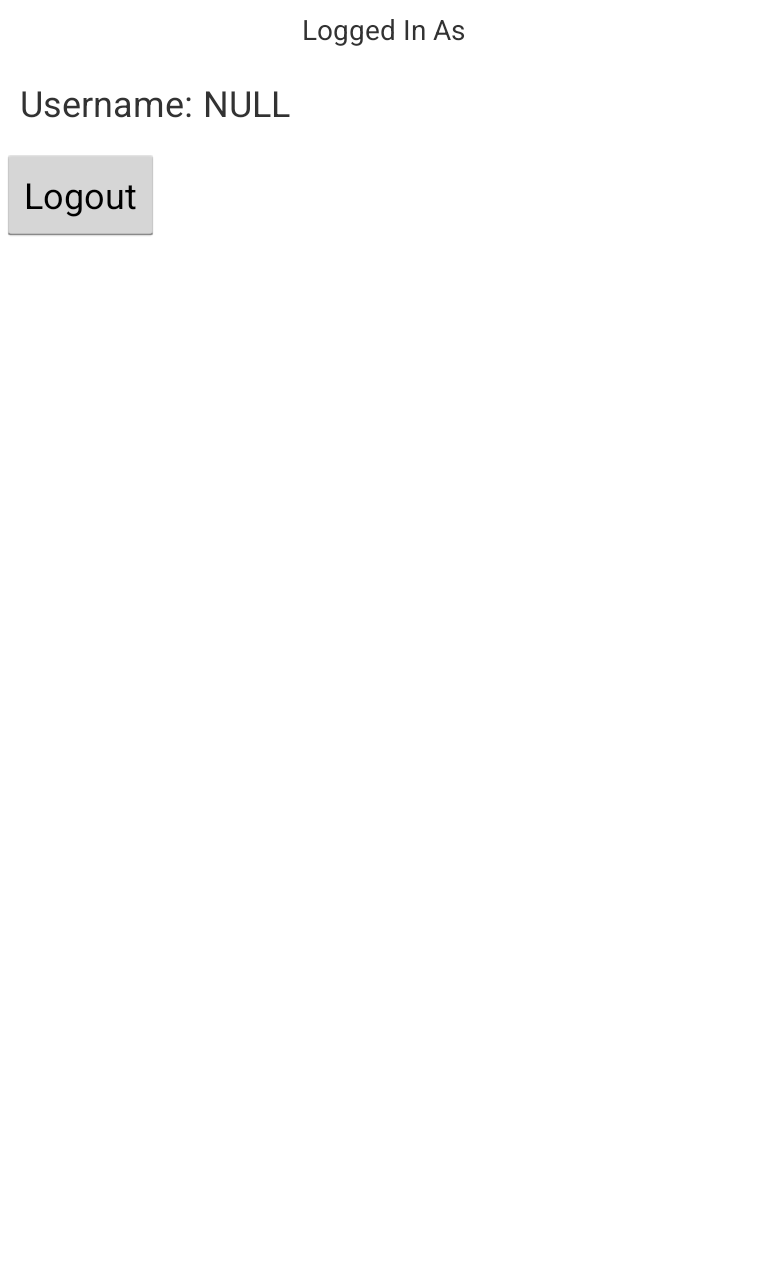
Repository: LennoxAlexion/UID
Layout: Android App/Uid-Project/res/layout/activity_sec_page.xml
An editor plug-in stored every save of this project. The layout is shown before and after the next save, followed by the edit.
It is drawn on a 768 x 1280 px phone screen (xhdpi) without system bars, with theme AppTheme; the app's code is not run.

Above is the layout before, as saved 2015-03-29 06:13:48.

### Android App/Uid-Project/res/layout/activity_sec_page.xml
<?xml version="1.0" encoding="utf-8"?>
<LinearLayout xmlns:android="http://schemas.android.com/apk/res/android"
    android:layout_width="match_parent"
    android:layout_height="match_parent"
    android:orientation="vertical" >


    <TextView
       android:layout_width="wrap_content"
       android:layout_height="wrap_content"
       android:text="Logged In As"
       android:layout_gravity="center_horizontal"
       android:gravity="center"
       android:layout_margin="5dp"/>

   <LinearLayout
       android:layout_width="fill_parent"
       android:layout_height="wrap_content"
       android:orientation="horizontal"
       android:layout_margin="5dp"
       android:padding="5dp">
   <TextView
       android:layout_width="wrap_content"
       android:layout_height="wrap_content"
       android:text="Username:"
       android:textSize="18dp"/>
   <TextView
       android:id="@+id/TextView_Username"
       android:layout_width="wrap_content"
       android:layout_height="wrap_content"
       android:text="NULL"
       android:layout_marginLeft="5dp"

       android:textSize="18dp"/>
   </LinearLayout>

    <Button
        android:id="@+id/Button_Logout"
        android:layout_width="wrap_content"
        android:layout_height="wrap_content"
        android:text="Logout" />

</LinearLayout>

Loaded but not shown: Android App/Uid-Project/res/values/styles.xml (common file); Android App/Uid-Project/res/values-v11/styles.xml (common file); Android App/Uid-Project/res/values-v14/styles.xml (common file); Android App/Uid-Project/res/values-v21/styles.xml (common file)

After the next save:
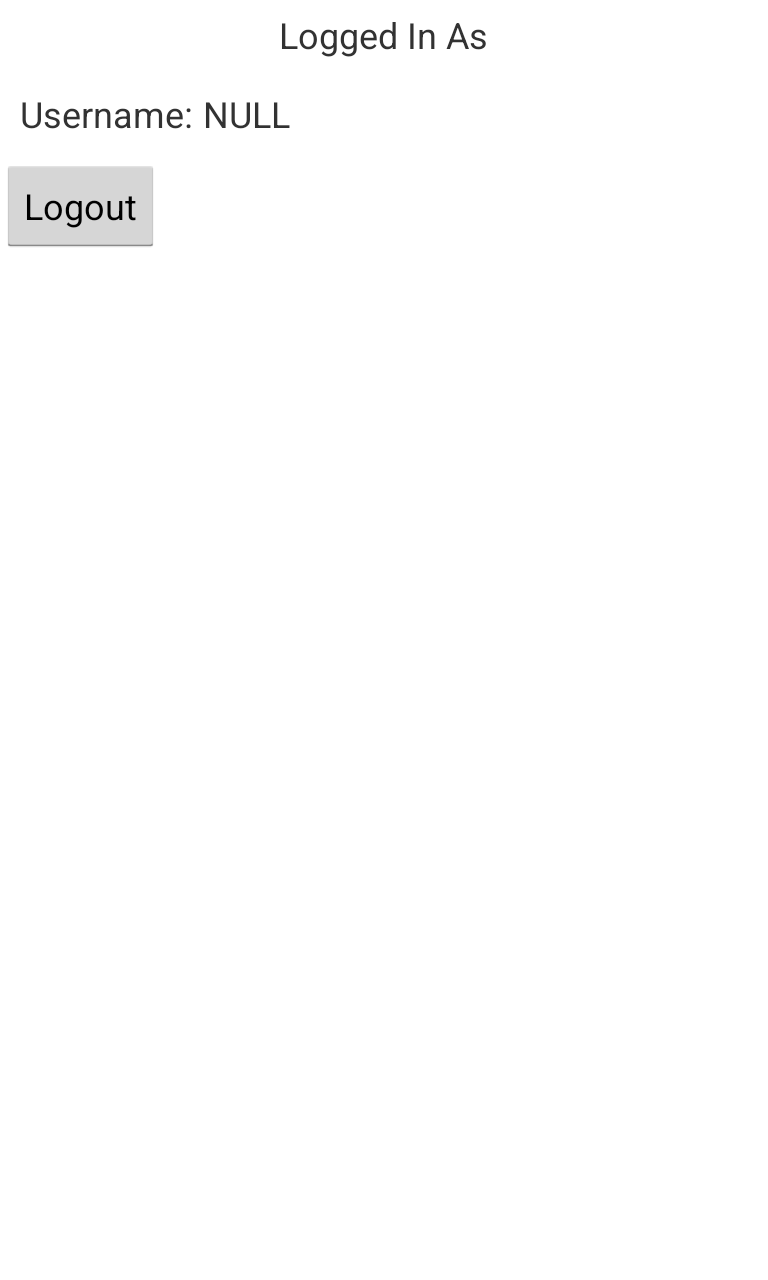
Saved 3 s later.
--- a/Android App/Uid-Project/res/layout/activity_sec_page.xml
+++ b/Android App/Uid-Project/res/layout/activity_sec_page.xml
@@ -11,7 +11,9 @@
        android:text="Logged In As"
        android:layout_gravity="center_horizontal"
        android:gravity="center"
-       android:layout_margin="5dp"/>
+       android:layout_margin="5dp"
+
+       android:textSize="18dp"/>
 
    <LinearLayout
        android:layout_width="fill_parent"
